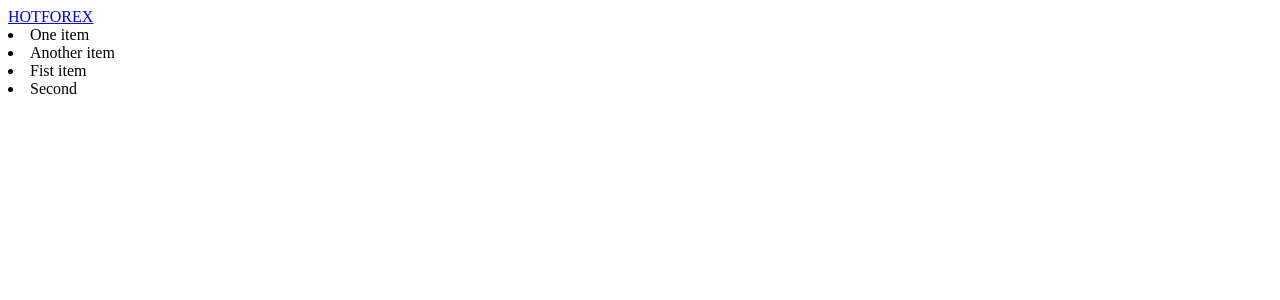
Repository: brianratemo/images.html
Page: hot1.html
An editor plug-in stored every save of this project. The page is shown before and after the next save, followed by the edit.
The browser window is 1280 px wide. The pictures show the whole page.

Above is the page before, as saved 2023-03-20 18:21:33.

### hot1.html
<a href="https//www.hotforex.com">HOTFOREX</a>

<u1>

    <li>One item</li>
    <li>Another item</li></u1>


    <o1><li>Fist item</li>
    <li>Second</li></o1>

After the next save:
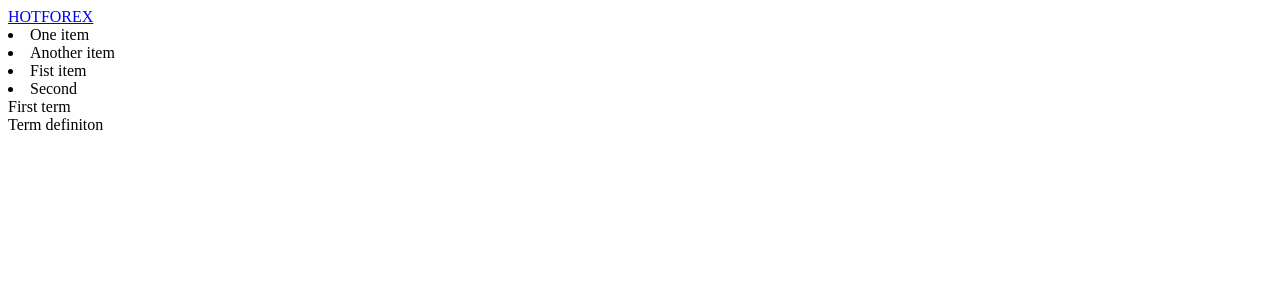
Saved 3 min 28 s later.
--- a/hot1.html
+++ b/hot1.html
@@ -8,3 +8,6 @@
 
     <o1><li>Fist item</li>
     <li>Second</li></o1>
+
+    <d1><dt>First term</dt>
+        <dt>Term definiton</dt></d1>
